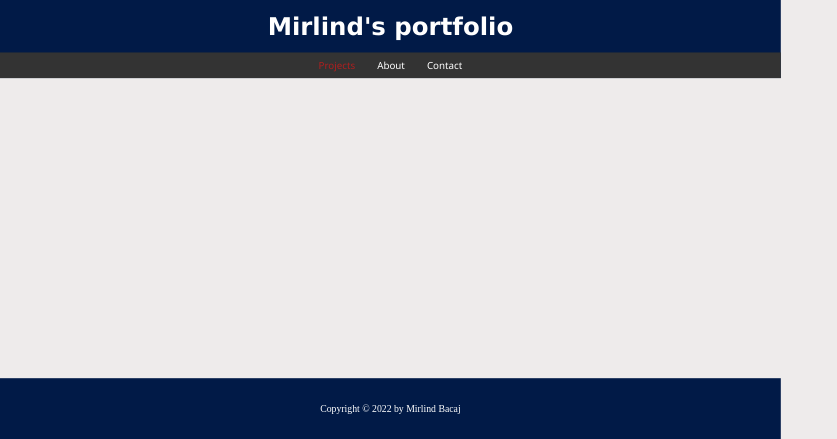
Repository: mirkbirki/mirkbirki.github.io
Page: html/projects.html
These files come from the project's save history. The page is drawn as it stood at one moment and after the next save; the edit follows.
The browser window is 1280 px wide. The page is 1280 px wide, then 1372 px, so the pictures cover 1372 px, including what lies to the right of the window. The pictures show the whole page, at 61% of full size.

Above is the page before, as saved 2022-10-31 09:14:35.

### html/projects.html
<!DOCTYPE html>
<html lang="en">
<head>
<meta charset="utf-8">
<meta name="viewport" content="width=device-width, initial-scale=1">
<title>Mirlind's projects</title>
<link rel="stylesheet" href="/css/styles.css">
</head>
<body>

<header>
    <h1><a href="index.html">Mirlind's portfolio</a></h1>
    <nav>
        <ul>
            <li><a class="active" href="projects.html">Projects</a></li>
            <li><a href="about.html">About</a></li>
            <li><a href="contact.html">Contact</a></li>
        </ul>
    </nav>
</header>

<footer>
    <div class="footer">
        <p>Copyright © 2022 by Mirlind Bacaj</p>
    </div>
</footer>

</body>
</html>

### css/styles.css
body {
    background-color: rgba(226, 220, 220, 0.562);
    margin: 0;
}

header {
    text-align: center;
    padding: 0px;
    background-color: rgb(1, 26, 71);
    width: 100%;
}

h1 {
    margin-top: 0px;
    margin-bottom: 0px;
    padding-top: 20px;
    padding-bottom: 20px;
    font-size: 40px;
    font-family:'Lucida Sans', 'Lucida Sans Regular', 'Lucida Grande', 'Lucida Sans Unicode', Geneva, Verdana, sans-serif;
    color: white;
}

h1 a {
    text-decoration: none;
    color: white;
}

nav {
    border: none;
    list-style: none;
    margin: 0;
    padding: 0;
    text-align: center;
    font-family: 'Segoe UI', Tahoma, Geneva, Verdana, sans-serif;
}

ul {
    list-style-type: none;
    margin: 0;
    padding: 0;
    overflow: hidden;
    background-color: #333;
  }

li {
    display: inline;
}

li a {
    display: inline-block;
    color: white;
    padding: 10px 16px;
    text-decoration: none;
}

li a:hover {
    background-color: rgb(175, 31, 31);
}

.active {
    color:rgb(175, 31, 31);
}

.active:hover {
    background-color: #333;
}

.container {
    /*
    border-top: 2px solid black;
    border-bottom: 2px solid black;
    display: flex;
    margin-top: 66px;
    padding-bottom: 25px;
    */
    display: grid;
    grid-template-columns: 33% 33% 33%;
    grid-template-rows: auto;
    grid-row-gap: 0px;
    margin-top: auto;
    margin-top: 85px;
}

.proj {
    margin: auto;
    width: 400px;
    word-wrap:break-word;
}

.p {
    width: 100%;
    text-align: center;
    font-size: 18px;
}

.project {
    font-family: Georgia, 'Times New Roman', Times, serif;
    font-size: 25px;
    text-align: center;
}

.container img {
    height: 300px;
    width: 400px;
    border-radius: 15px;
}

.footer {
    display: flex;
    justify-content: center;
    align-items: center;
    height: 100px;
    background-color: rgb(1, 26, 71);
    color: white;
    bottom: 0;
    position: absolute;
    width: 100%
}

footer a {
    color: white;
    text-decoration: 0;
}

footer a:hover {
    color: rgb(206, 118, 19);
}

footer a:visited {
    color: white;
}

main {
    width: 100%;
    height: 100%;
}

.about {
    margin-top: 80px;
}

main img {
    border-radius: 150px;
    width: 300px;
    height: 300px;
    display: block;
    margin: 0px auto;
}

main a {
    text-decoration: none;
    color: black;
    font-weight: bold;
}

main a:hover {
    text-decoration: none;
    color: rgb(175, 31, 31);
    font-weight: bold;
}

main h2 {
    text-align: center;
    margin-bottom: -110px;
    margin-top: 100px;
}

.flex-container {
    width: 100%;
    display: flex;
    justify-content: center;
}

.maps {
    padding-right: 10px;
    margin-top: 150px;
    margin-right: 30px;
}

.g-maps {
    width: 450px;
    height: 300px;
}

.contact-form {
    width: 450px;
    height: 300px;
    margin-top: 150px;
    margin-left: 30px;
}

/* CONTACT FORM */

/* Style inputs with type="text", select elements and textareas */
input[type=text], select, textarea {
    width: 100%; /* Full width */
    padding: 12px; /* Some padding */
    border: 1px solid #ccc; /* Gray border */
    border-radius: 4px; /* Rounded borders */
    box-sizing: border-box; /* Make sure that padding and width stays in place */
    margin-top: 6px; /* Add a top margin */
    margin-bottom: 16px; /* Bottom margin */
    resize: vertical /* Allow the user to vertically resize the textarea (not horizontally) */
    font-family: Georgia, 'Times New Roman', Times, serif;
  }

  /* Style the submit button with a specific background color etc */
  input[type=submit] {
    background-color: rgb(175, 31, 31);
    color: white;
    padding: 12px 20px;
    border: none;
    border-radius: 4px;
    cursor: pointer;
    font-family: Georgia, 'Times New Roman', Times, serif;
  }

  /* When moving the mouse over the submit button, add a darker green color */
  input[type=submit]:hover {
    background-color: rgb(129, 22, 22);
  }

  /* Add a background color and some padding around the form */

After the next save:
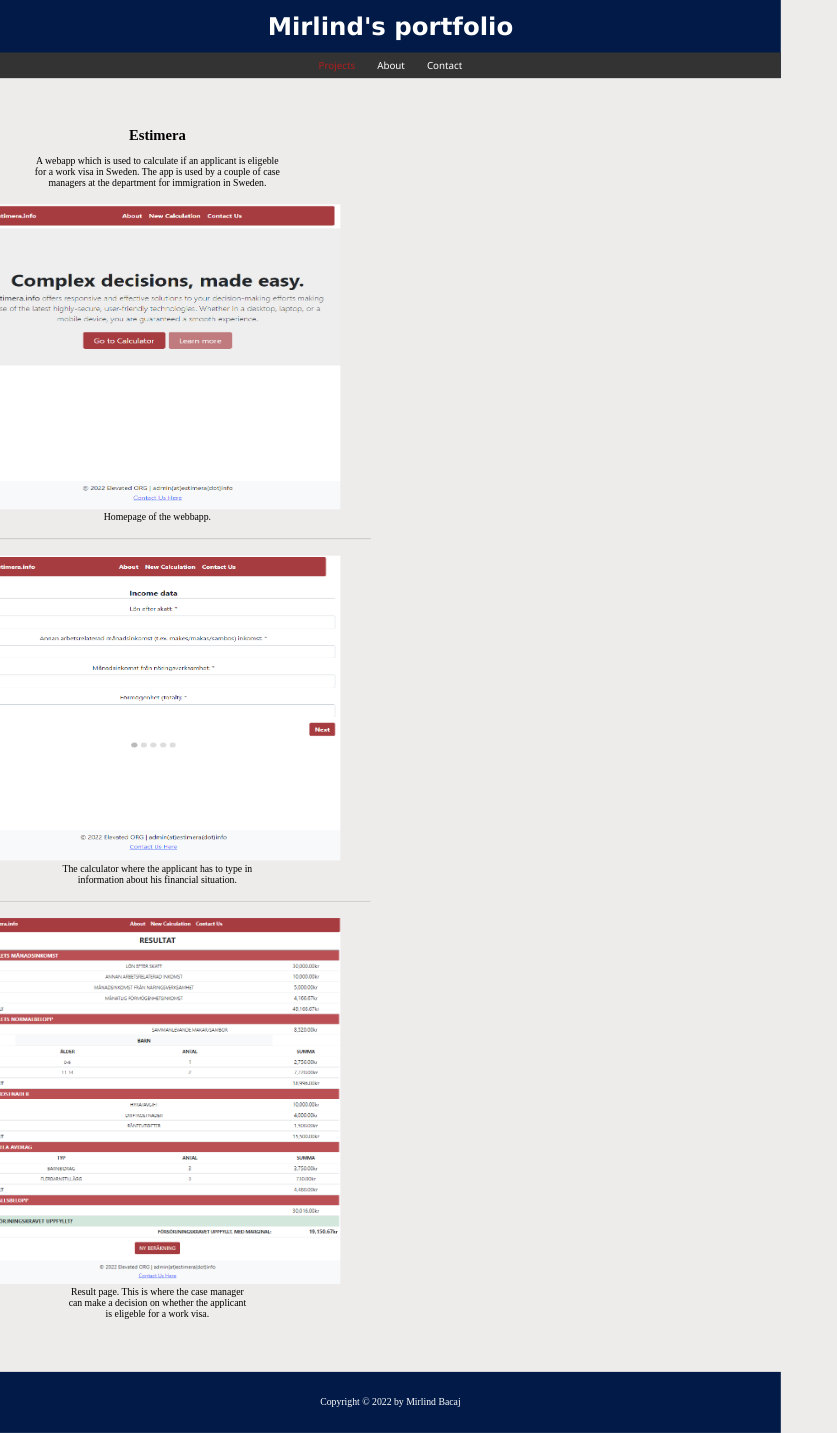
Saved 25 min 50 s later.
--- a/html/projects.html
+++ b/html/projects.html
@@ -19,8 +19,47 @@
     </nav>
 </header>
 
+<div class="grid-container">
+    <div class="grid-item-1">
+        <h2>Estimera</h2>
+        <p>A webapp which is used to calculate if an applicant is eligeble<br>
+        for a work visa in Sweden. The app is used by a couple of case<br>
+        managers at the department for immigration in Sweden.</p>
+        <figure>
+            <img src="/pics\estimera-1.PNG" alt="home page" width="600" height="500">
+            <figcaption>Homepage of the webbapp.</figcaption>
+        </figure>
+        <hr>
+        <figure>
+            <img src="/pics\estimera-2.PNG" alt="home page" width="600" height="500">
+            <figcaption>The calculator where the applicant has to type in<br> information about his financial situation.</figcaption>
+        </figure>
+        <hr>
+        <figure>
+            <img src="/pics\estimera-3.PNG" alt="home page" width="600" height="600">
+            <figcaption>Result page. This is where the case manager<br>can make a decision on whether the applicant<br>
+            is eligeble for a work visa.</figcaption>
+        </figure>
+    </div>
+    <div class="grid-item-2">
+
+    </div>
+    <div class="grid-item-3">
+
+    </div>
+    <div class="grid-item-4">
+
+    </div>
+    <div class="grid-item-5">
+
+    </div>
+    <div class="grid-item-6">
+
+    </div>
+</div>
+
 <footer>
-    <div class="footer">
+    <div class="footer-relative">
         <p>Copyright © 2022 by Mirlind Bacaj</p>
     </div>
 </footer>
--- a/css/styles.css
+++ b/css/styles.css
@@ -114,6 +114,18 @@ li a:hover {
     color: white;
     bottom: 0;
     position: absolute;
+    width: 100%
+}
+
+.footer-relative {
+    display: flex;
+    justify-content: center;
+    align-items: center;
+    height: 100px;
+    background-color: rgb(1, 26, 71);
+    color: white;
+    bottom: 0;
+    position: relative;
     width: 100%
 }
 
@@ -221,3 +233,45 @@ input[type=text], select, textarea {
   }
 
   /* Add a background color and some padding around the form */
+
+  /* GRID */
+
+  .grid-container {
+    display: grid;
+    grid-template-columns: repeat(2, 700px);
+    grid-auto-rows: auto;
+    grid-gap: 5%;
+    justify-content: center;
+    margin-top: 60px;
+  }
+
+  .grid-container figure {
+    padding: 10px;
+  }
+
+  .grid-item-1 {
+    text-align: center;
+    margin-bottom: 60px;
+  }
+
+  .grid-item-2 {
+    text-align: center;
+    margin-bottom: 60px;
+  }
+/*
+  .grid-item-3 {
+    border: 2px solid black;
+  }
+
+  .grid-item-4 {
+    border: 2px solid black;
+  }
+
+  .grid-item-5 {
+    border: 2px solid black;
+  }
+
+  .grid-item-6 {
+    border: 2px solid black;
+  }
+  */
